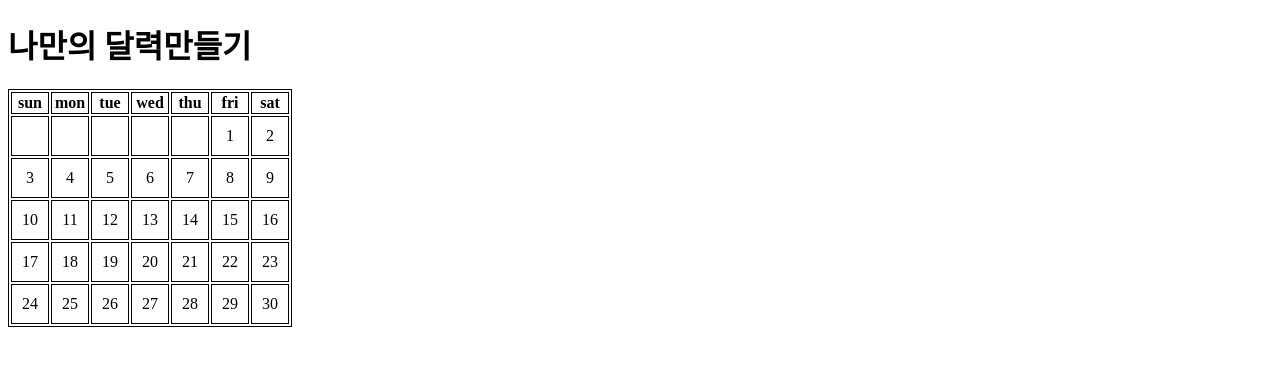
Repository: rong9835/spc2026
Page: homework/calendar.html
The author's editor kept a copy of each file at every save. The page is drawn from the files as they stood at one save, then again after the next save.
The browser window is 1280 px wide. The pictures show the whole page.

Above is the page before, as saved 2026-04-22 22:50:10.

After the next save:
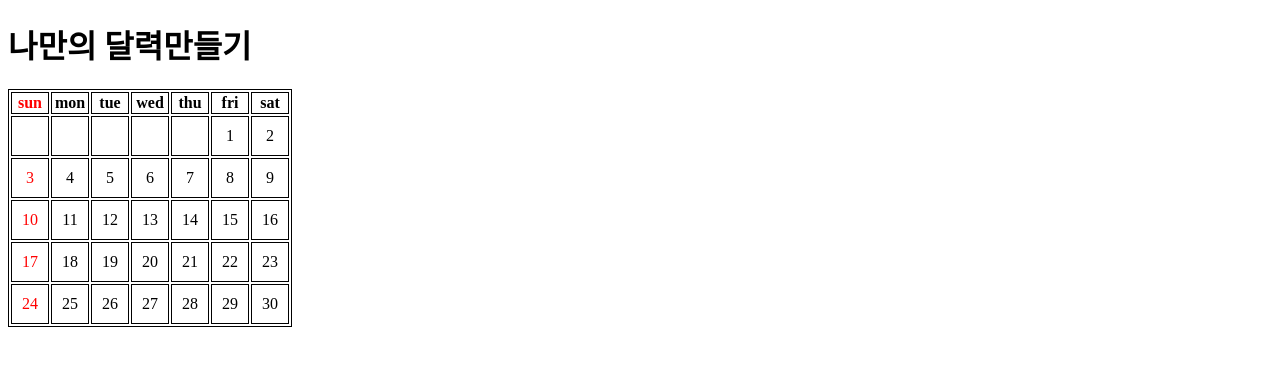
Saved 42 s later.
--- a/homework/calendar.css
+++ b/homework/calendar.css
@@ -11,4 +11,6 @@ table {
   border: 1px solid black;
 }
 
-#calendar tr;
+#calendar tr :first-child {
+  color: red;
+}
